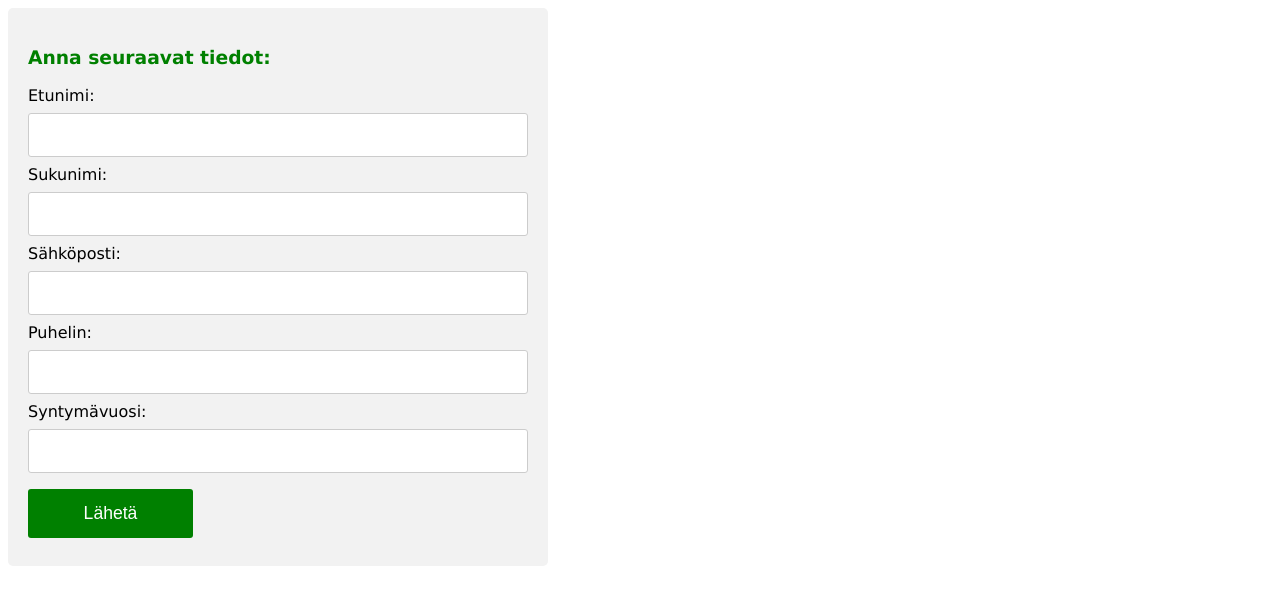
Repository: er-12/tehtava6
Page: http://localhost/t3/kysy.jsp
An editor plug-in stored every save of this project. The page is shown before and after the next save, followed by the edit.
The browser window is 1280 px wide. The pictures show the whole page.
The page is served by Tomcat 9.

Above is the page before, as saved 2021-04-17 11:39:11.

### t3/WebContent/kysy.jsp
<%@ page language="java" contentType="text/html; charset=UTF-8"
    pageEncoding="UTF-8"%>
<!DOCTYPE html>
<html>
<style>
input[type=text] {
  width: 100%;
  padding: 12px 20px;
  margin: 8px 0;
  display: inline-block;
  border: 1px solid #ccc;
  border-radius: 3px;
  box-sizing: border-box;
  font-size: 100%;
}
label {
  padding-top: 200px;
}
input[type=submit] {
  width: 33%;
  text-align: center;
  background-color: green;
  color: white;
  padding: 14px 20px;
  margin: 8px 0;
  border: none;
  border-radius: 3px;
  font-size: 110%;
}
div {
  border-radius: 5px;
  background-color: #f2f2f2;
  padding: 20px;
  width: 500px;
  font-family: Verdana;
}
h3 {
  color: green;
}
</style>
<head>
<meta charset="UTF-8">
<title>Insert title here</title>
</head>
<body>
<div>
<h3>Anna seuraavat tiedot:</h3>
<form action="nayta.jsp" method="POST">
	<label for="etunimi">Etunimi:</label><br>
	<input type="text" name="etunimi"><br>
	<label for="sukunimi">Sukunimi:</label><br>
	<input type="text" name="sukunimi"><br>
	<label for="sposti">Sähköposti:</label><br>
	<input type="text" name="sposti"><br>
	<label for="puhelin">Puhelin:</label><br>
	<input type="text" name="puhelin"><br>
	<label for="vuosi">Syntymävuosi:</label><br>
	<input type="text" name="vuosi"><br>
	<input type="submit" value="Lähetä">
</form>
</div>
</body>
</html>
<!-- 2)	Tee sivulle kysy.jsp lomake, jossa pyydät käyttäjltä seuraavat tiedot:
a.	Etunimi
b.	Sukunimi
c.	Sähköposti
d.	Puhelin
e.	Syntymävuosi
 -->

After the next save:
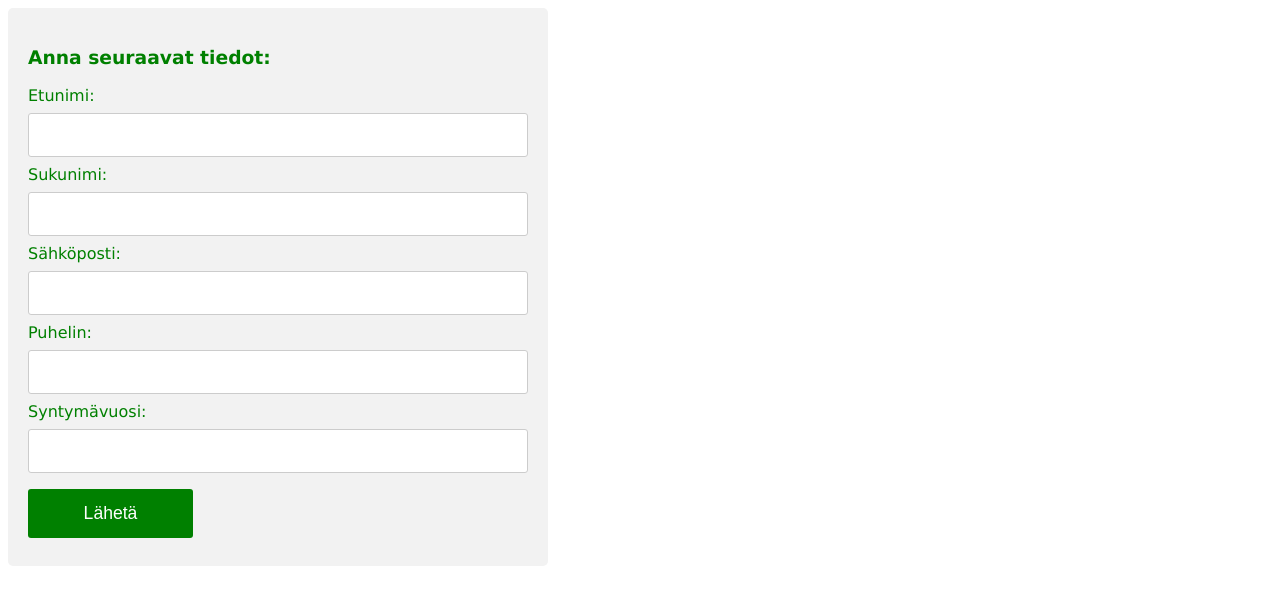
Saved 25 s later.
--- a/t3/WebContent/kysy.jsp
+++ b/t3/WebContent/kysy.jsp
@@ -14,7 +14,7 @@
   font-size: 100%;
 }
 label {
-  padding-top: 200px;
+  color: green;
 }
 input[type=submit] {
   width: 33%;
